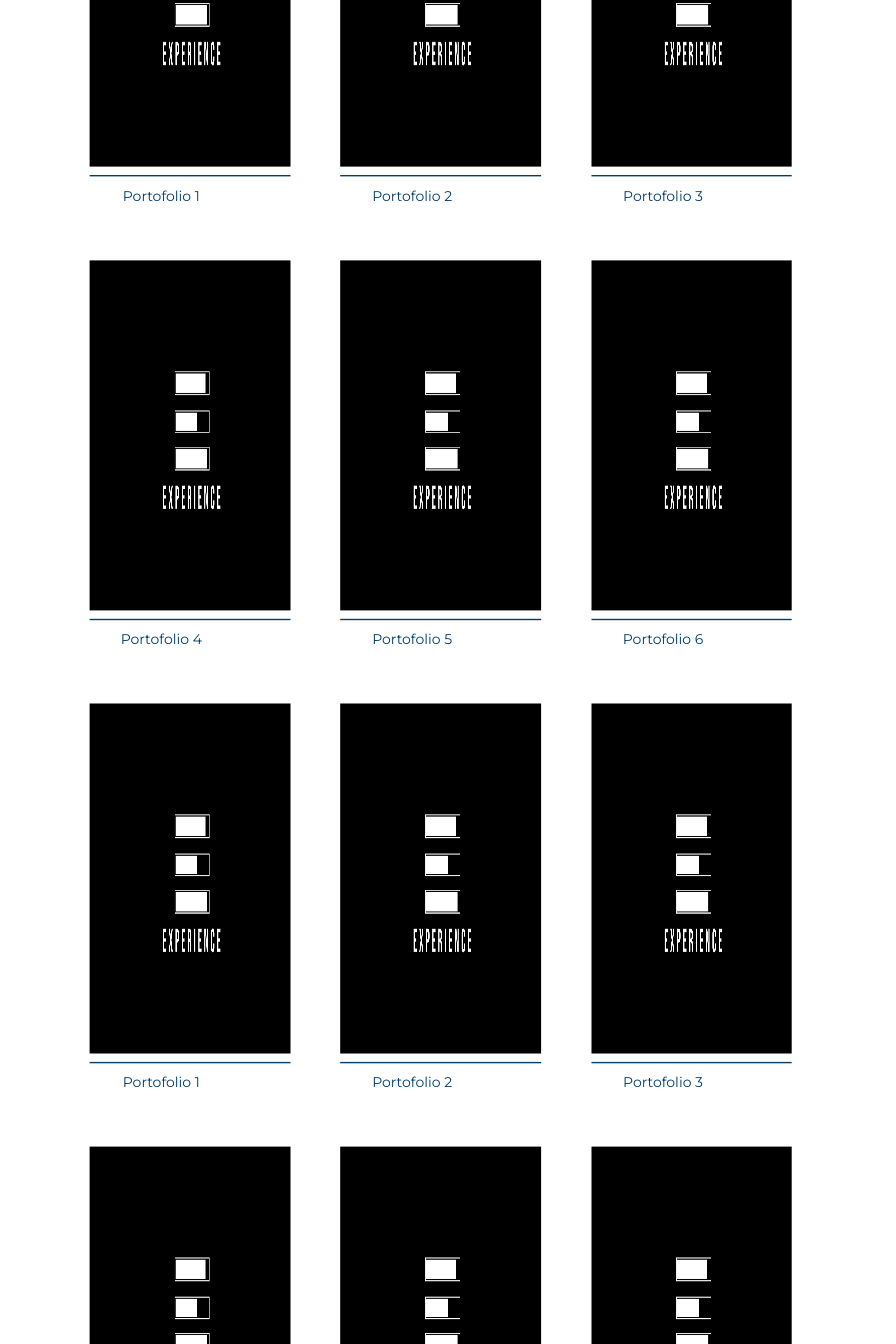
Repository: Ryuzuky07/expweb_movie
Page: HTML/movie1.html
These files come from the project's save history. The page is drawn as it stood at one moment and after the next save; the edit follows.
The browser window is 1280 px wide. The pictures show the part of the page from y = 1150 to 3070 px (the page is 3518 px tall), at 70% of full size.
Some web libraries are served in a nearby version.

Above is the page before, as saved 2021-11-26 11:57:26.
Console error: TypeError: Cannot read properties of undefined (reading 'style')

After the next save:
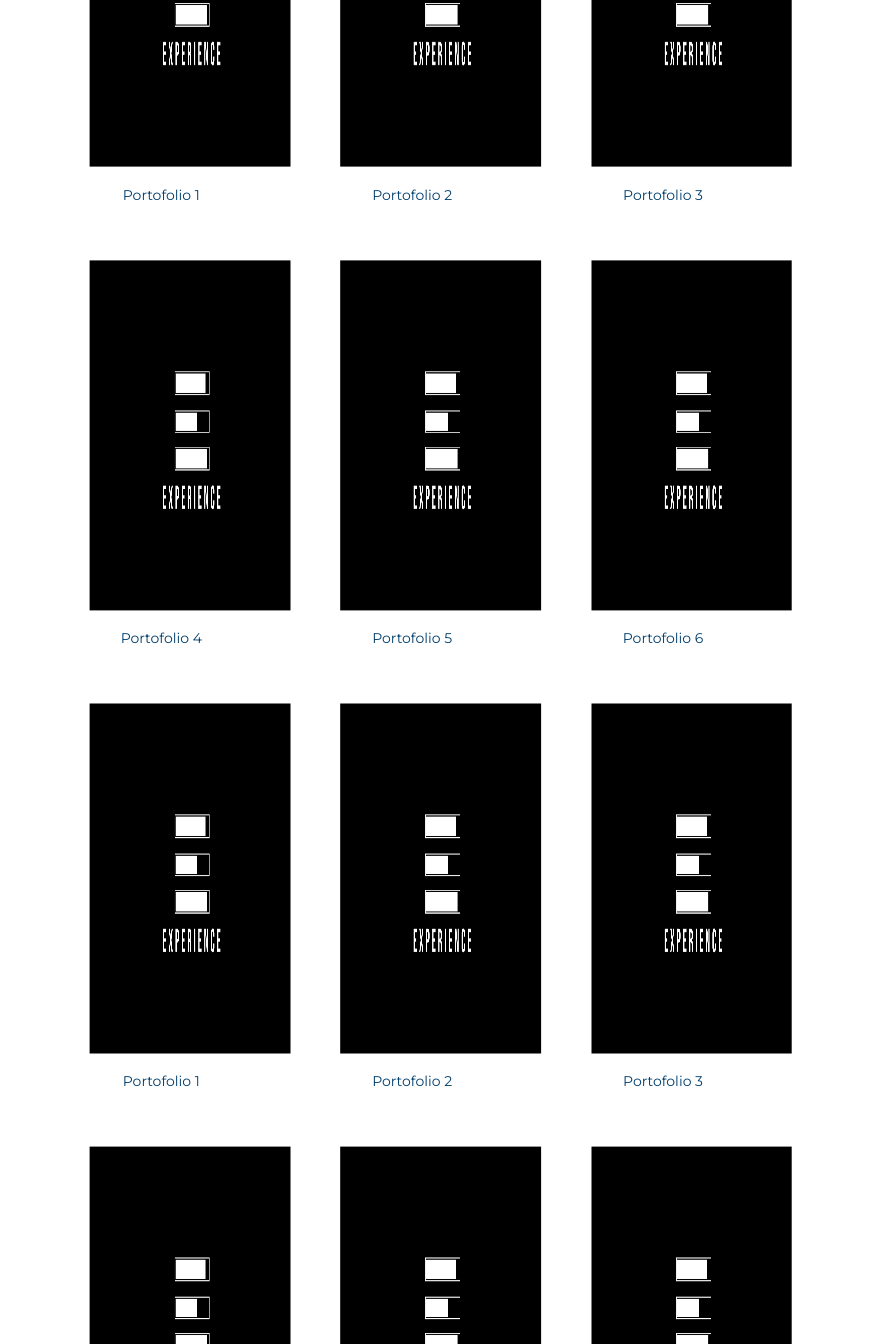
Saved 51 s later.
--- a/CSS/movie.css
+++ b/CSS/movie.css
@@ -276,7 +276,6 @@ align-items: center;
     width: 140%;
     height: 500px;
     padding-bottom: 12px;
-    border-bottom: 2px solid #003F6D;
 }
 .porto .folio p {
     text-align: left ;
